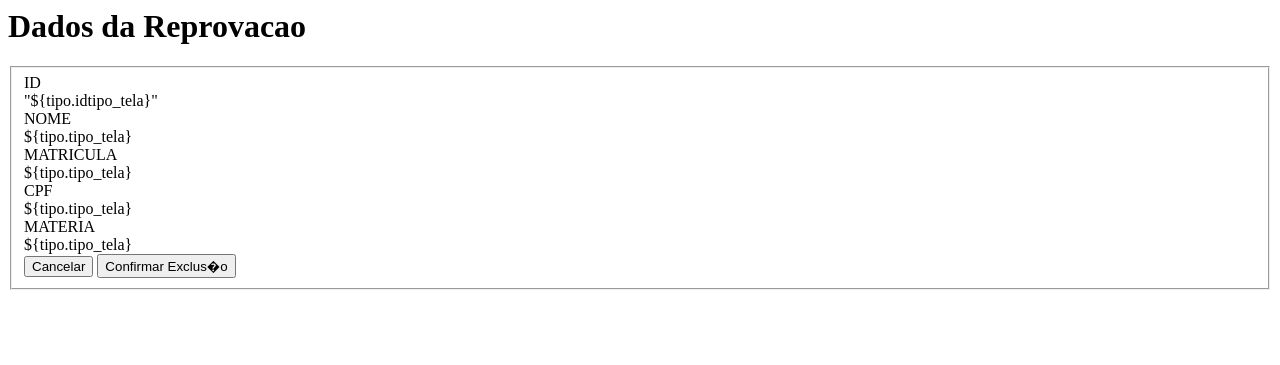
Repository: WilliamEstrela/trabalho1VA-PROG4
Page: CRUDLanManagerV5/WebContent/manterreprovacao/excluir.html
An editor plug-in stored every save of this project. The page is shown before and after the next save, followed by the edit.
The browser window is 1280 px wide. The pictures show the whole page.

Above is the page before, as saved 2019-09-05 23:34:51.

After the next save:
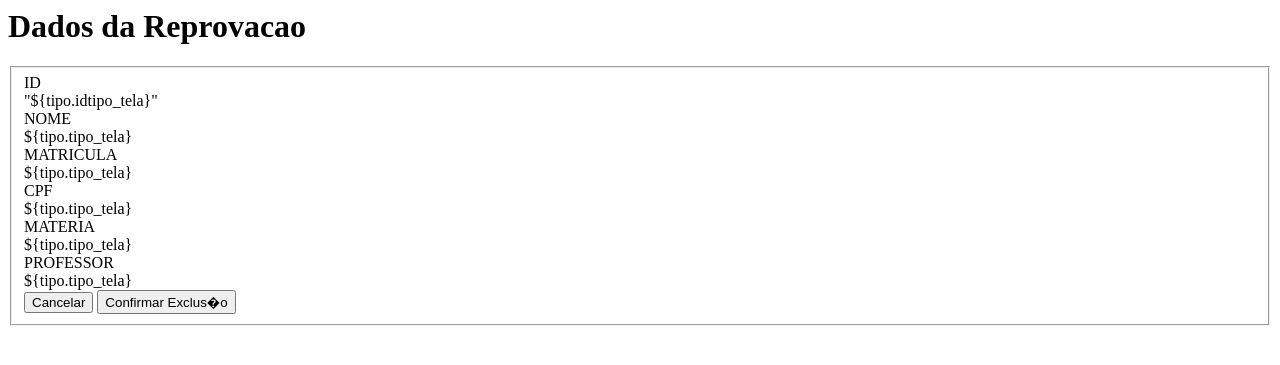
Saved 14 s later.
--- a/CRUDLanManagerV5/WebContent/manterreprovacao/excluir.html
+++ b/CRUDLanManagerV5/WebContent/manterreprovacao/excluir.html
@@ -41,6 +41,13 @@
                     </div>
                   </div>
 
+                   <div class="form-group">
+                    <label for="tipo" class="col-lg-2 control-label">PROFESSOR</label>
+                    <div class="col-lg-10">
+                      ${tipo.tipo_tela}
+                    </div>
+                  </div>
+
                   <div class="form-group">
                     <div class="col-lg-10 col-lg-offset-2">
                       <button class="btn btn-default">Cancelar</button>
